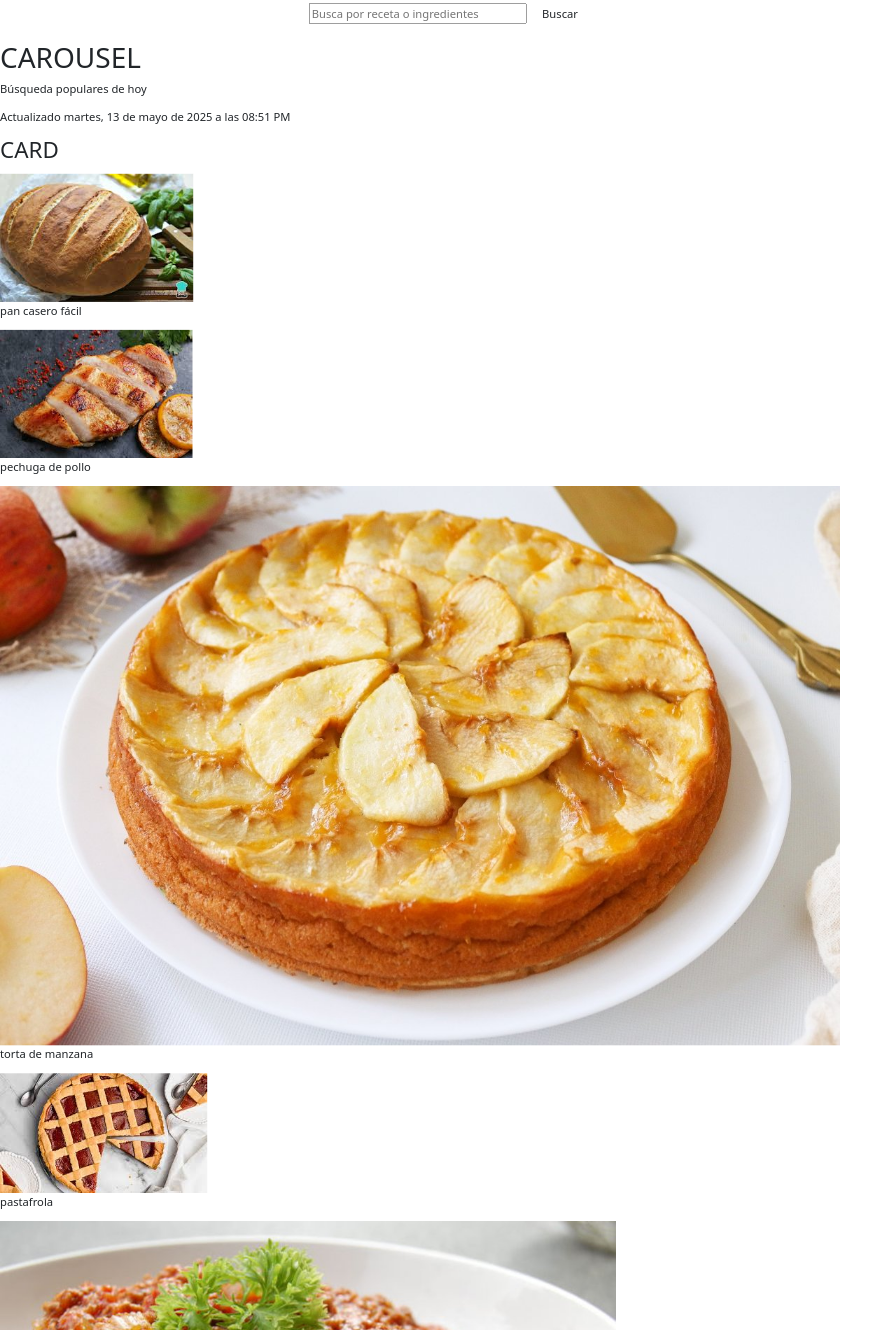
Repository: lucasp3113/coockpad
Page: index.html
An editor plug-in stored every save of this project. The page is shown before and after the next save, followed by the edit.
The browser window is 1280 px wide. The pictures show the part of the page from y = 336 to 2236 px (the page is 3670 px tall before and 3662 px after), at 70% of full size.
A picture or video elsewhere on the page could not be fetched, so the positions and the page height are approximate.

Above is the page before, as saved 2025-05-15 11:59:31.

After the next save:
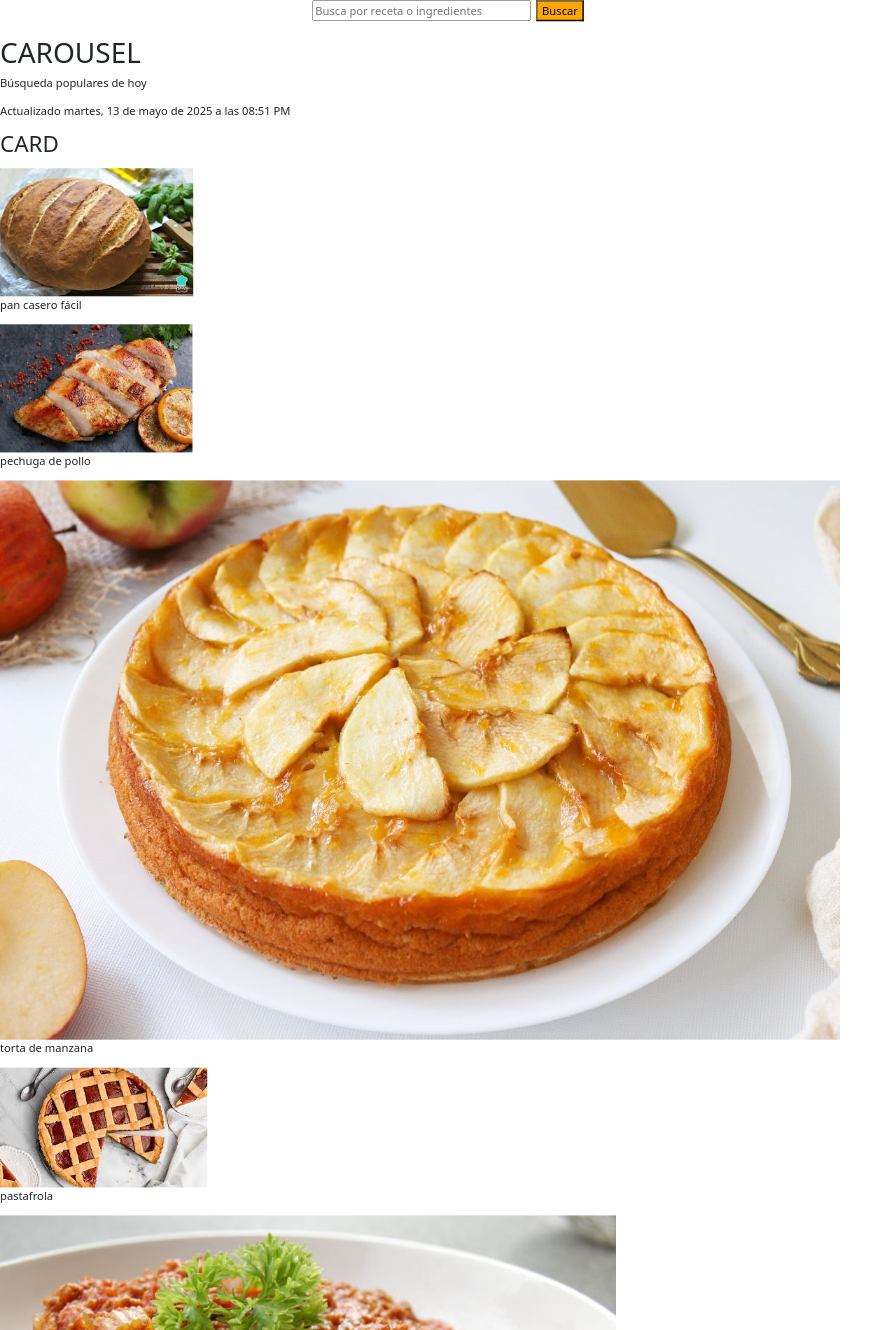
Saved 19 s later.
--- a/index.html
+++ b/index.html
@@ -15,7 +15,7 @@
     </header>
     <nav class="d-flex flex-row d-flex justify-content-center d-flex align-items-center m-3">
         <input type="text" class="m-1 w-25" placeholder="Busca por receta o ingredientes"/>
-        <button type="submit" class="btn btn-orange m-1">Buscar</button>
+        <button type="submit" class="btn-orange m-1">Buscar</button>
     </nav>
     <main>
         <section>

After the save that followed:
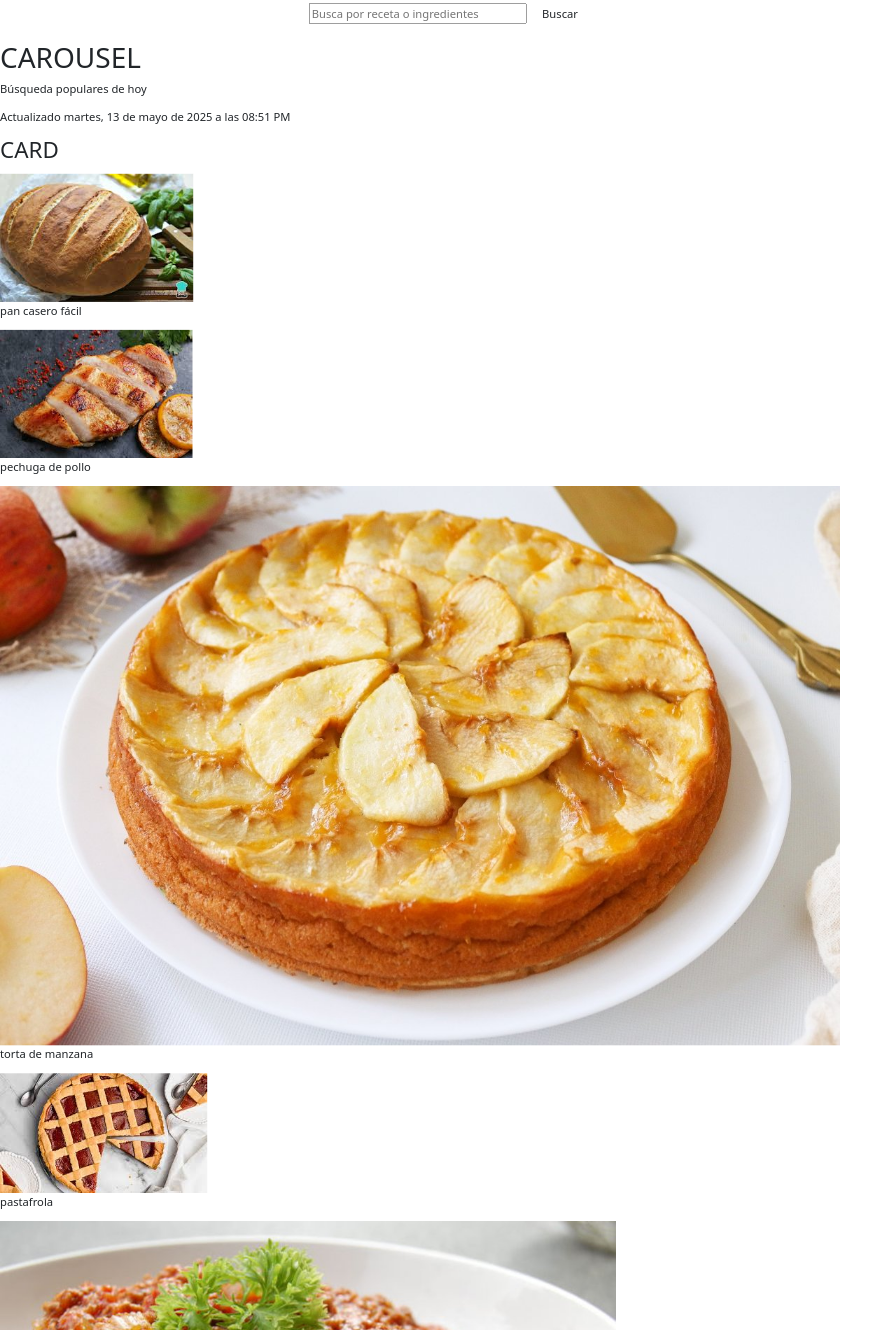
Saved 6 s later.
--- a/index.html
+++ b/index.html
@@ -15,7 +15,7 @@
     </header>
     <nav class="d-flex flex-row d-flex justify-content-center d-flex align-items-center m-3">
         <input type="text" class="m-1 w-25" placeholder="Busca por receta o ingredientes"/>
-        <button type="submit" class="btn-orange m-1">Buscar</button>
+        <button type="submit" class="btn btn-orange m-1">Buscar</button>
     </nav>
     <main>
         <section>
